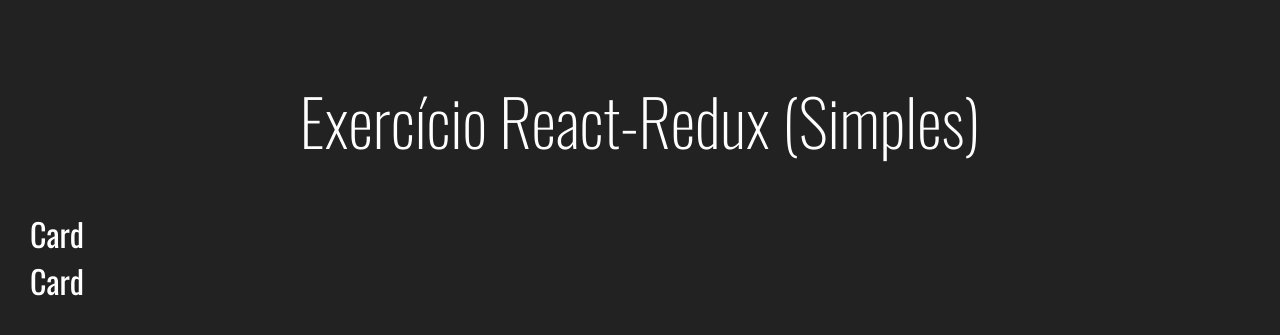
Repository: WellysonP/testando-react-redux
Page: /
An editor plug-in stored every save of this project. The page is shown before and after the next save, followed by the edit.
The browser window is 1280 px wide. The pictures show the whole page.
The project was rebuilt for these pictures with package versions that can differ from the ones it lists, and the page was loaded fresh each time. Also part of the build but not shown: src/components/Card.css.

Above is the page before, as saved 2023-01-12 16:24:20.

After the next save:
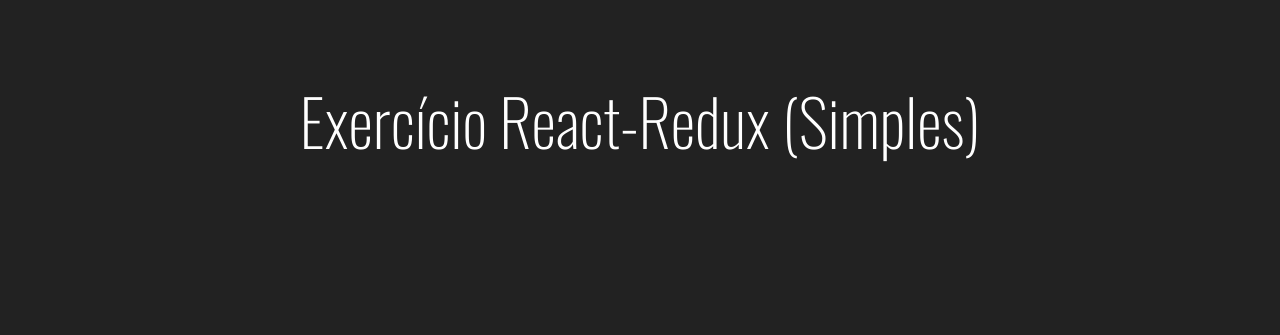
Saved 60 s later.
--- a/src/components/Card.jsx
+++ b/src/components/Card.jsx
@@ -2,6 +2,6 @@ import "./Card.css"
 
 export default props => {
     return (
-        <div> Card</div>
+        <div className="Card"> </div>
     )
 }
